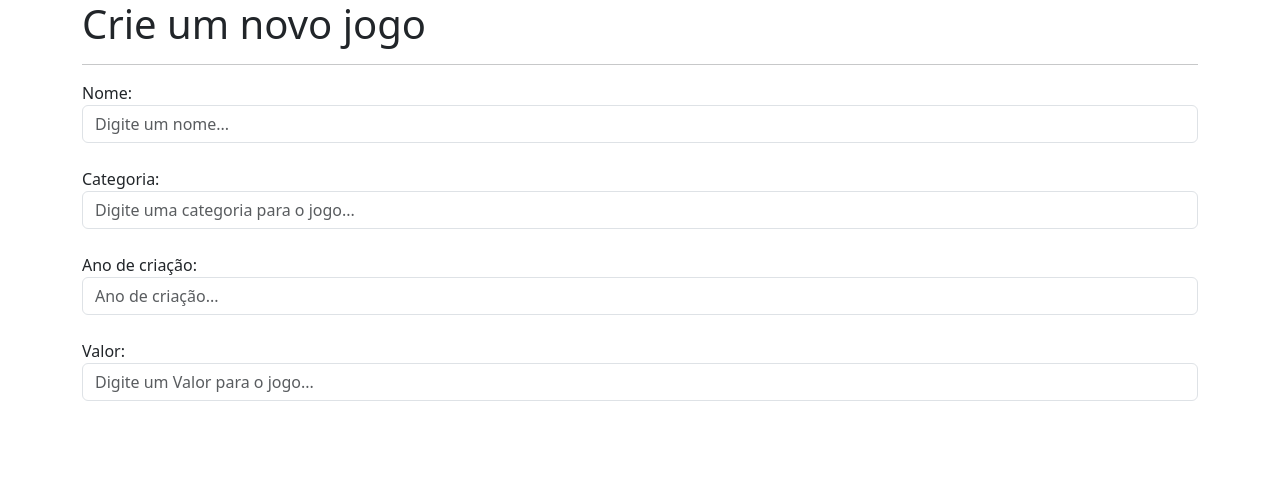
Repository: ytavares/game-registration
Page: http://localhost/jogos/create
The author's editor kept a copy of each file at every save. The page is drawn from the files as they stood at one save, then again after the next save.
The browser window is 1280 px wide. The pictures show the whole page.
The page is served by the project's Laravel application, run on PHP 8.4 with Laravel 10.

Above is the page before, as saved 2023-09-16 00:09:05.

After the next save:
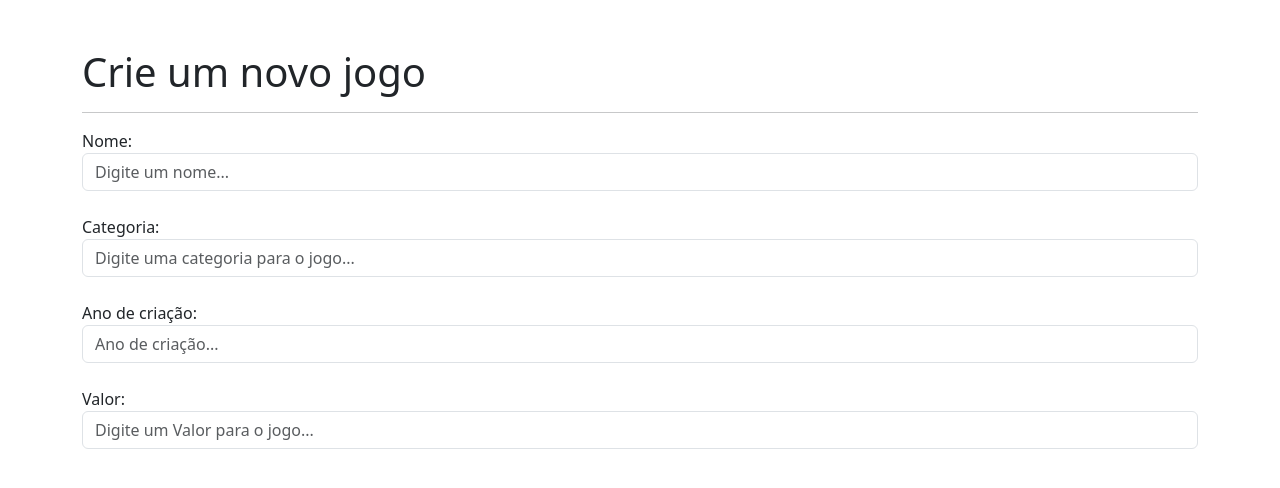
Saved 2 min 47 s later.
--- a/resources/views/jogos/create.blade.php
+++ b/resources/views/jogos/create.blade.php
@@ -3,7 +3,7 @@
 @section('title', 'Criação')
 @section('content')
     <div class="container">
-        <h1>Crie um novo jogo</h1>
+        <h1 class="mt-5">Crie um novo jogo</h1>
         <hr>
         <form action="" method="POST">
             <div class="form-group">
